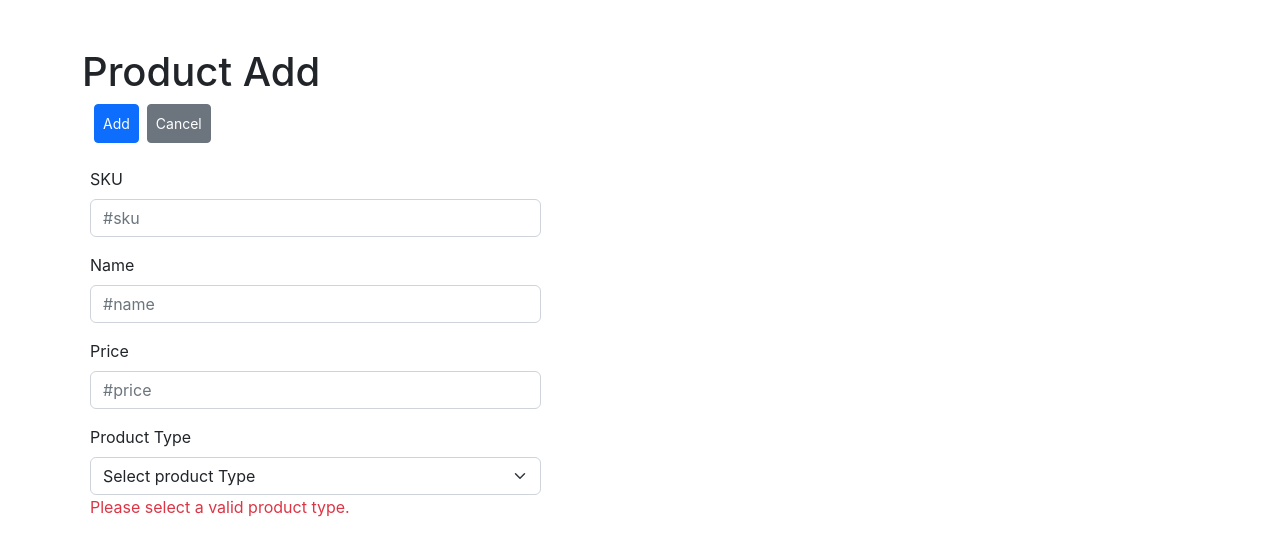
Repository: MagdyAbouelnasr/scandiweb_project
Page: /addproduct
The author's editor kept a copy of each file at every save. The page is drawn from the files as they stood at one save, then again after the next save.
The browser window is 1280 px wide. The pictures show the whole page.
The project was rebuilt for these pictures with package versions that can differ from the ones it lists, and the page was loaded fresh each time. Also part of the build but not shown: src/App.css, src/components/Product/Product-style.scss, src/components/Product/Product.css, src/components/Pages/ProductList.jsx, src/components/ProductAdd/Book.component.jsx, src/components/ProductAdd/DVD.component.jsx, src/components/ProductAdd/Furniture.component.jsx, src/App.jsx.

Above is the page before, as saved 2023-05-09 01:27:10.

After the next save:
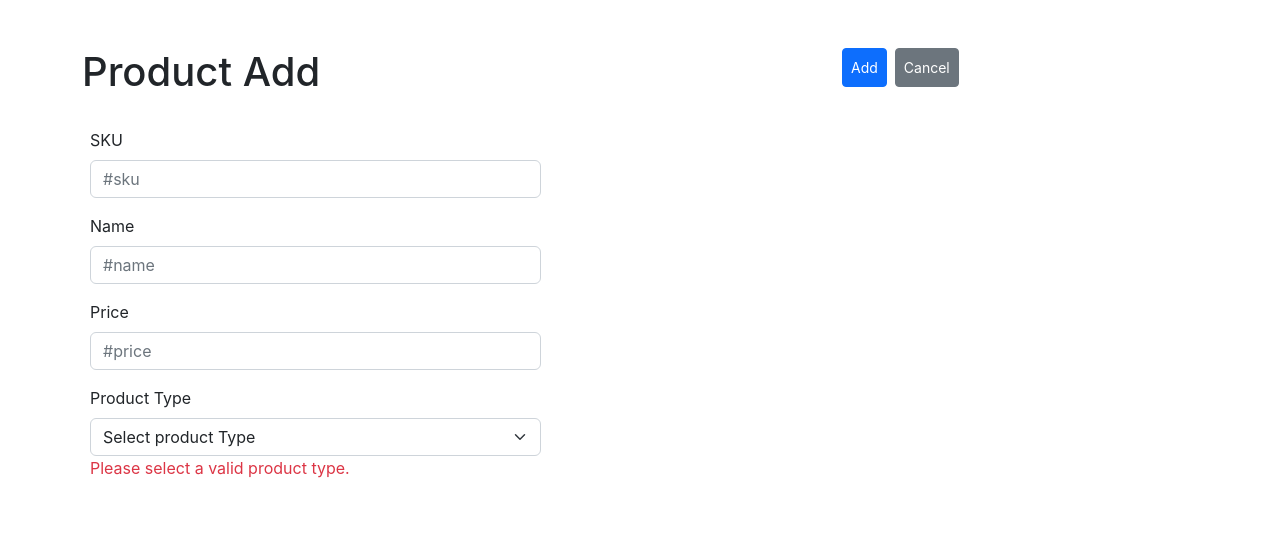
Saved 5 s later.
--- a/src/components/Pages/ProductAdd.jsx
+++ b/src/components/Pages/ProductAdd.jsx
@@ -127,7 +127,7 @@ function ProductAdd() {
       <div className="container  mt-5">
         <div className="row">
           <h1 className="page-header text-header col-md-8 text-start ">Product Add</h1>
-          <div className="col-4 float-end ms-1">
+          <div className="col-4 float-end ps-1">
             <Button type="submit" className="p-2 ms-2" variant="primary" size="sm">
               Add
             </Button>
